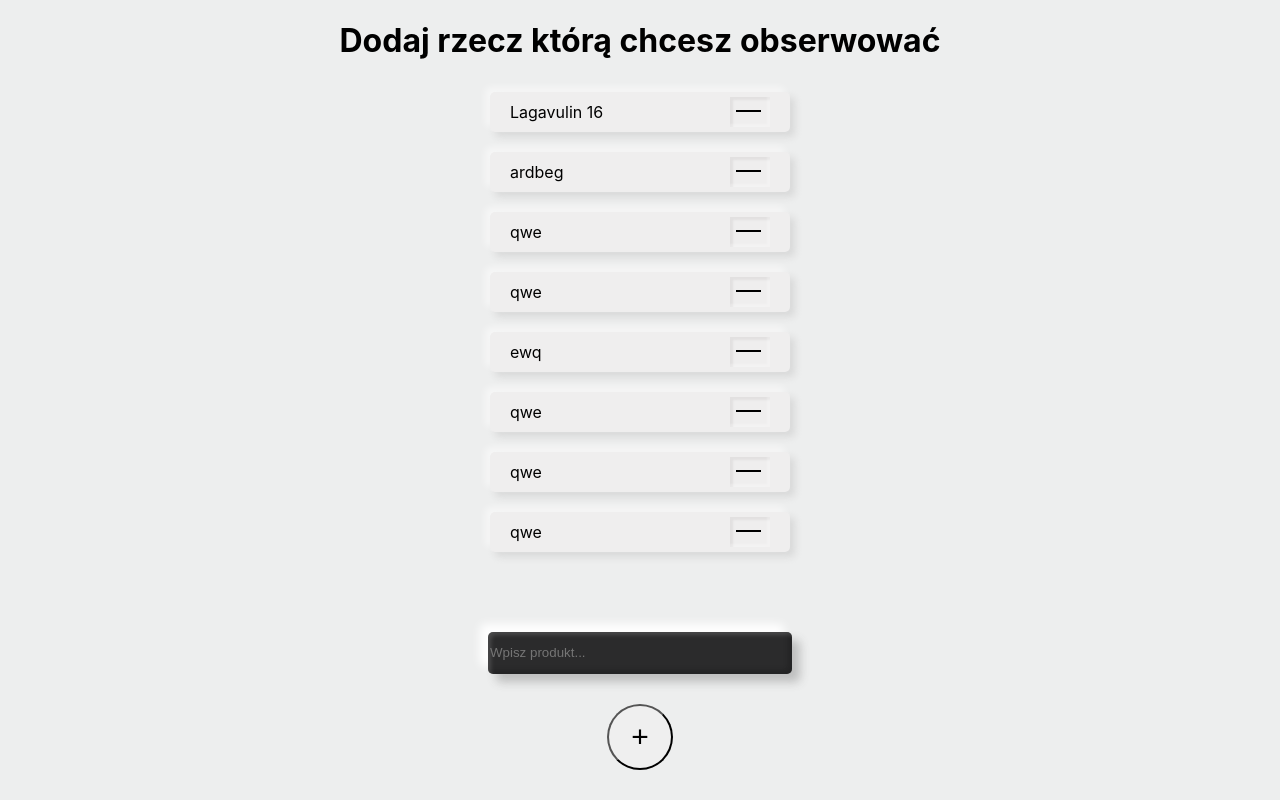
Repository: matedoo/crawler
Page: /MainApp
The author's editor kept a copy of each file at every save. The page is drawn from the files as they stood at one save, then again after the next save.
The browser window is 1280 px wide. The pictures show the whole page.
The project was rebuilt for these pictures with package versions that can differ from the ones it lists, and the page was loaded fresh each time. Requests to the local data server were answered from the project's data file. Also part of the build but not shown: src/Components/button.js, src/Components/LoginComponents/LoginApp.js, src/Components/LoginComponents/RegisterApp.js, src/Components/btnContainer.js, src/Components/heading.js, src/Components/LoginComponents/StartApp.js.

Above is the page before, as saved 2020-05-01 19:20:23.

After the next save:
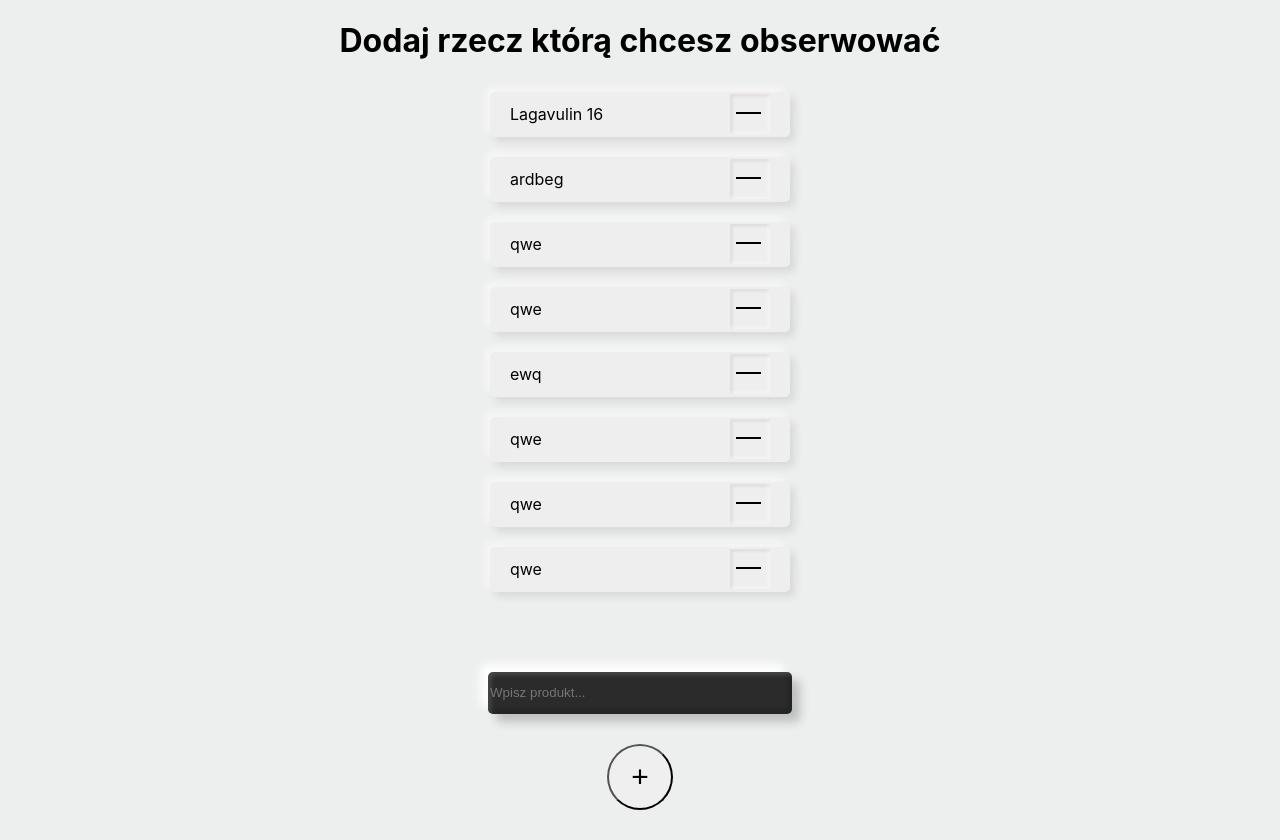
Saved 18 s later.
--- a/src/Components/MainApp/MainAppElement.js
+++ b/src/Components/MainApp/MainAppElement.js
@@ -16,7 +16,7 @@ export default MainAppElement;
 
 const ElementStyled = styled.div`
   width: 260px;
-  height: 40px;
+  height: 45px;
   margin: 10px 0 10px 0;
   border-radius: 5px;
   box-shadow: -5px -5px 7px 0 rgba(255, 255, 255, 0.5), 5px 5px 7px 0 rgba(194, 193, 192, 0.45);
@@ -27,7 +27,7 @@ const ElementStyled = styled.div`
   background-color: #efeeee;
 `
 const ElementDeleteStyled = styled.button`
-  height: 30px;
+  height: 40px;
   width: 40px;
   box-shadow: inset -3px -3px 2px 0 rgba(255, 255, 255, 0.25), inset 3px 3px 2px 0 rgba(194, 193, 192, 0.3);
   background-color: #efeeee;
